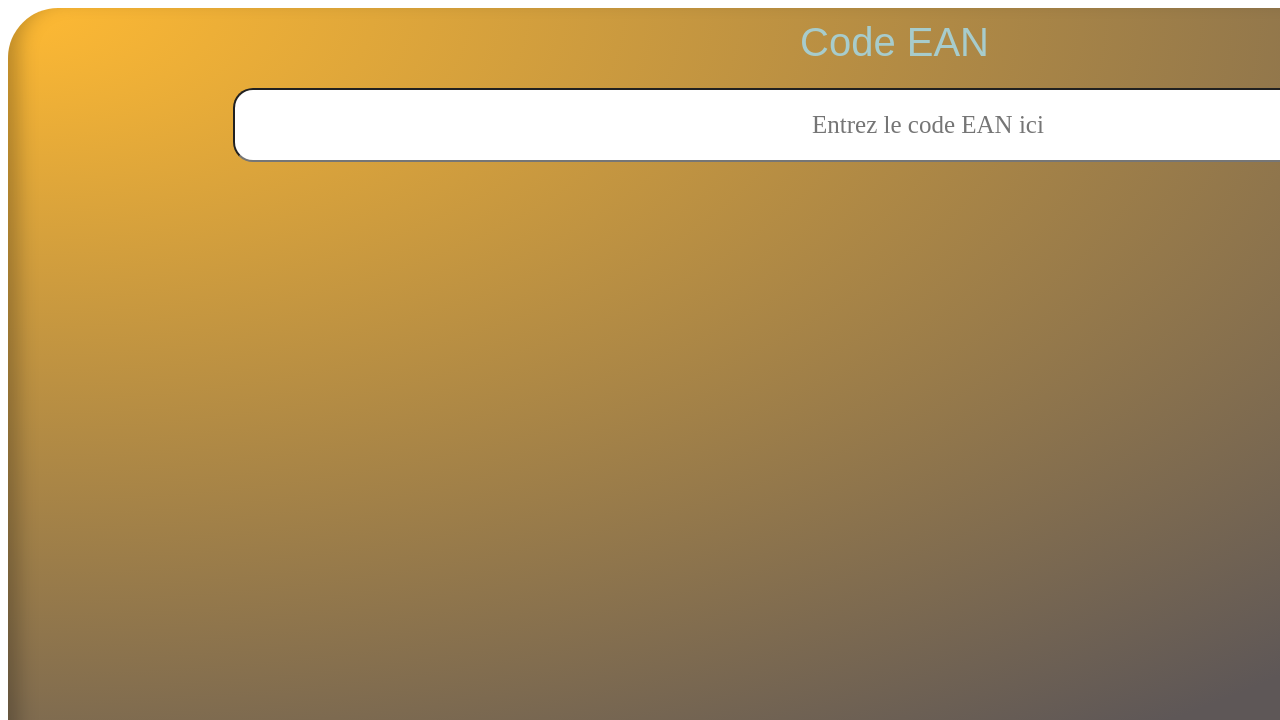
Repository: Zouz01/exo-toucan
Page: index.html
An editor plug-in stored every save of this project. The page is shown before and after a run of saves, followed by the edit.
The browser window is 1280 px wide. The pictures show the whole page.

Above is the page before, as saved 2023-09-21 11:30:27.

After the next 2 saves:
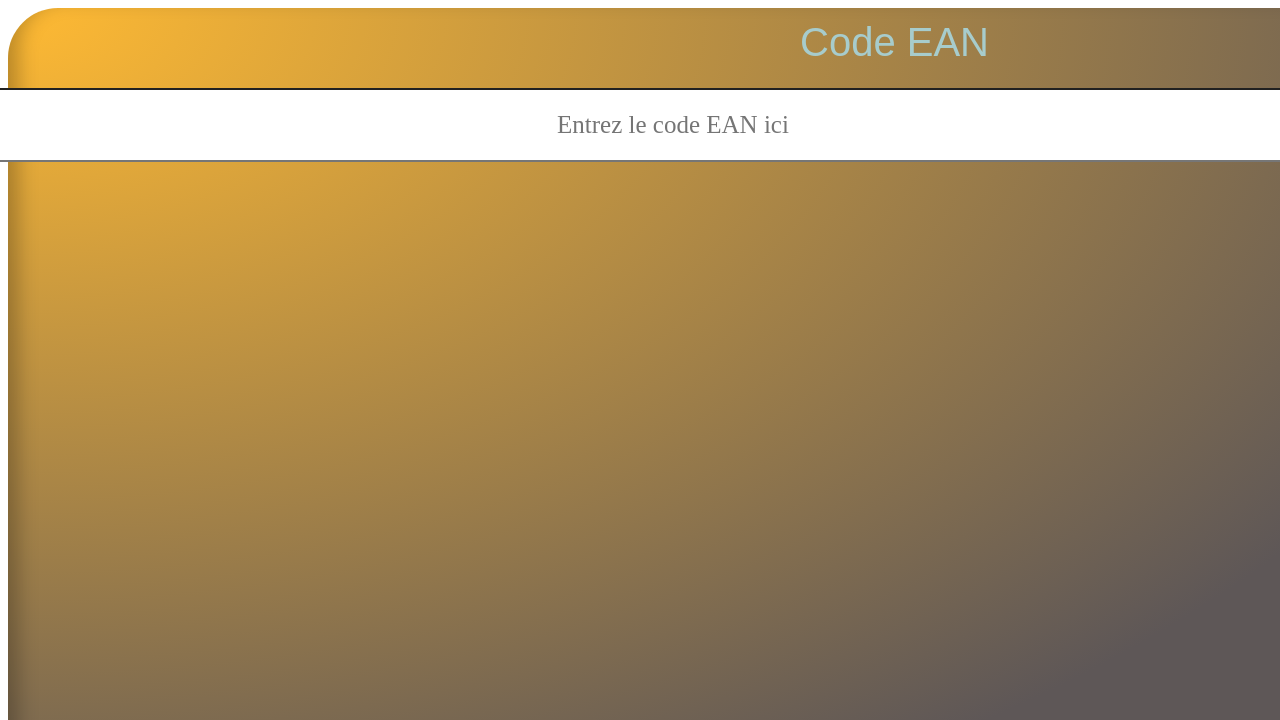
The 2 saves are shown as one change because they came seconds apart.
The last was saved 9 s later.
--- a/main.css
+++ b/main.css
@@ -95,7 +95,7 @@
 /* styles pour les écrans plus grands */
 @media (min-width: 900px) {
      .container {
-        width: 1900px;
+        width: 1600px;
         height: 900px;
      }
         button[type="submit"] {

After the 2 saves that followed:
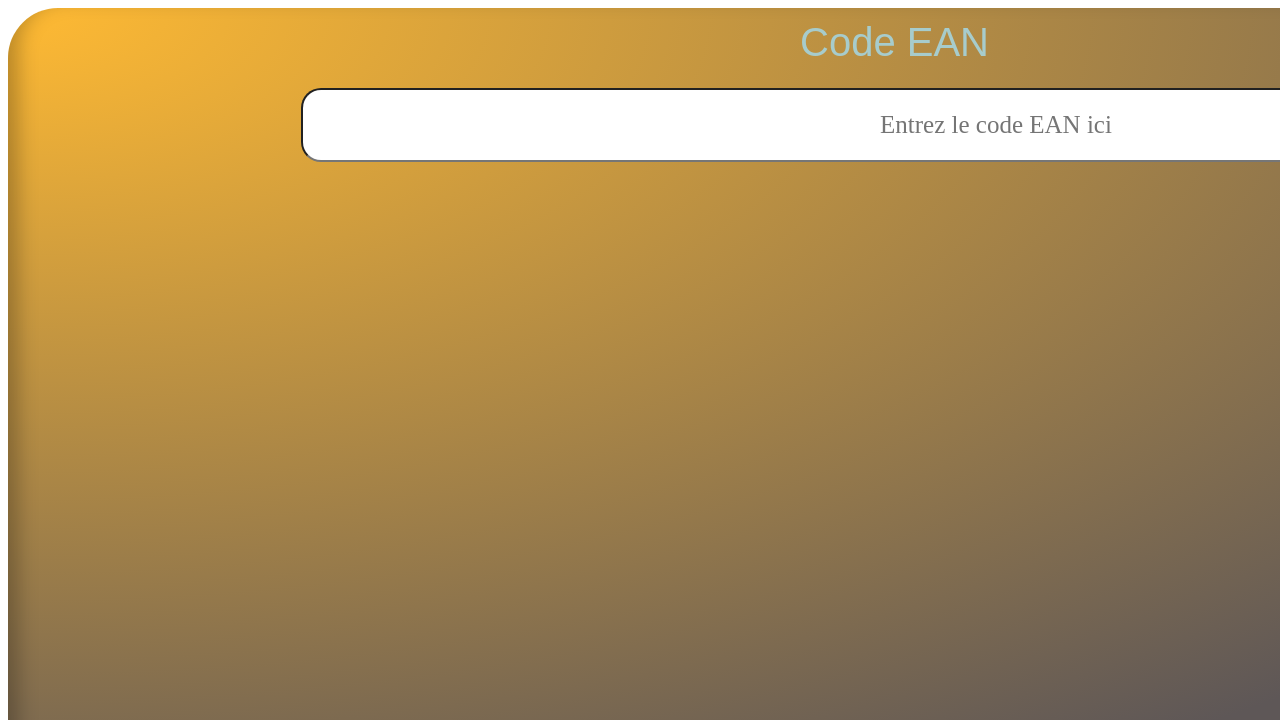
The 2 saves are shown as one change because they came seconds apart.
The last was saved 18 s later.
--- a/main.css
+++ b/main.css
@@ -95,7 +95,7 @@
 /* styles pour les écrans plus grands */
 @media (min-width: 900px) {
      .container {
-        width: 1600px;
+        width: 1980px;
         height: 900px;
      }
         button[type="submit"] {
